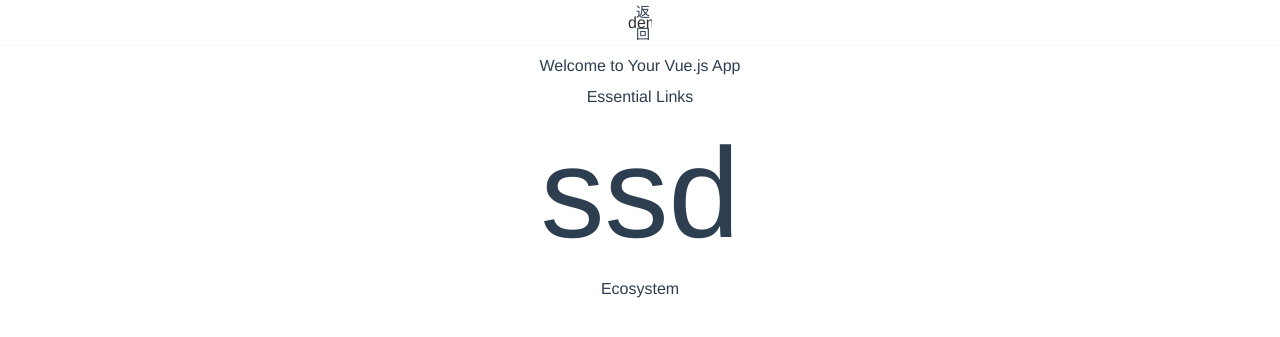
Repository: rechard-work/h5-app-communication
Page: /
These files come from the project's save history. The page is drawn as it stood at one moment and after the next save; the edit follows.
The browser window is 1280 px wide. The pictures show the whole page.
The project was rebuilt for these pictures with package versions that can differ from the ones it lists, and the page was loaded fresh each time.

Above is the page before, as saved 2020-07-13 14:28:19.

### src/main.js
// The Vue build version to load with the `import` command
// (runtime-only or standalone) has been set in webpack.base.conf with an alias.
import './common/js/rem'

import Vue from 'vue'
import App from './App'
import router from './router'
import { hideNavBar } from './common/js/callOrigin.js'
import './common/js/httpBridge.js'
import './common/js/jsBridge.js'

import Vant from 'vant'
import 'vant/lib/index.css'

Vue.use(Vant)
Vue.prototype.$bridge = window.hxWebBridge

hideNavBar()

Vue.config.productionTip = false
/* eslint-disable no-new */
new Vue({
  el: '#app',
  router,
  components: { App },
  template: '<App/>'
})

### src/common/js/rem.js
/* eslint-disable */
(function(doc, win) {
  var docEl = doc.documentElement,
    resizeEvt = 'orientationchange' in window ? 'orientationchange' : 'resize',
    recalc = function() {
      //var clientWidth = docEl.clientWidth;
      var rem = docEl.clientWidth / 10;
      if (!rem) return;
      //docEl.style.fontSize = 20 * (clientWidth / 320) + 'px';
      docEl.style.fontSize = rem + 'px';
    };
    recalc();
  if (!doc.addEventListener) return;
  win.addEventListener(resizeEvt, recalc, false);
  doc.addEventListener('DOMContentLoaded', recalc, false);
})(document, window);

### src/App.vue
<template>
  <div id="app">
    <!-- <img src="./assets/logo.png"> -->
    <router-view/>
  </div>
</template>

<script>
export default {
  name: 'App'
}
</script>

<style>
#app {
  font-family: 'Avenir', Helvetica, Arial, sans-serif;
  -webkit-font-smoothing: antialiased;
  -moz-osx-font-smoothing: grayscale;
  text-align: center;
  color: #2c3e50;
}
</style>

### src/common/js/callOrigin.js
import './jsBridge'
let hxWebBridge = window.hxWebBridge
/**
 * 退出应用
 */
export function exitWebView (result = '') {
  console.log(result)
  hxWebBridge.postNotification(
    'HXHeaderClose',
    {
      __pageid: window.hxPageID,
      result: result
    },
    function (errNo, errMsg, res) {
      if (errMsg !== null && errMsg !== 'undefined' && errMsg !== 'null') {
        console.log('HXHeaderClose-failure', errNo, errMsg, res)
      } else {
        console.log('HXHeaderClose-success', errNo, errMsg, res)
      }
    }
  )
}
// 隐藏原生导航栏
export function hideNavBar (params, callback) {
  hxWebBridge.postNotification(
    'HXHeaderConfig',
    {
      hidden: 1,
      __pageid: window.hxPageID,
      bounces: 2
    },
    function (errNo, errMsg, res) {
      if (errMsg !== null && errMsg !== 'undefined' && errMsg !== 'null') {
        console.log('HXHeaderConfig-failure', errNo, errMsg, res)
      } else {
        console.log('HXHeaderConfig-success', errNo, errMsg, res)
      }
    }
  )
}

### src/common/js/httpBridge.js
/* eslint-disable */
import device from './device'
;(function(win) {
  if(win.hxHTTPBridge){
    win.hxHTTPBridge !== undefined
  }
  var httpBridge = {
    handleNotification: async function(name, params, callback) {
      switch (name) {
        // 服务类请求
        case 'MSServiceNetworkRequest':
          this.gateRequest(params, callback)
          break
        // 服务类请求
        case 'MSTradeNetworkRequest':
          break
        // 行情类请求
        case 'MSQuoteNetworkRequest':
          break
        // 获取用户信息
        case 'MSGetNativeInfo':
          break
        // 获取用户信息
        case 'MSJumpToNative':
          this.handleJumpToNative(params, callback)
          break
        // 华彩原生loading
        case 'HXBodyHideLoading':
          return Promise.resolve()
        // 退出webview
        case 'HXHeaderClose':
          this.HXHeaderClose()
          return Promise.resolve()
        case 'MSReportUserAction':
          this.MSReportUserAction(params, callback)
        default:
          break
      }
    },
    HXHeaderClose() {
      if (device.isWeChatMini()) {
        wx.miniProgram.navigateBack()
      } else if (device.isWeChat()) {
        // 微信公众号页面
        history.go(-1)
      } else if (device.isBrower()) {
        history.go(-1)
      }
    },
    // 服务类请求
    async gateRequest(params, callback) {

    }
  }
  win.hxHTTPBridge = httpBridge
})(window)

### src/common/js/jsBridge.js
/* eslint-disable */
;(function(win) {
  var ua = navigator.userAgent

  function getQueryString(name) {
    var reg = new RegExp('(^|&)' + name + '=([^&]*)(&|$)', 'i')
    var r = window.location.search.substr(1).match(reg)
    if (r !== null) return unescape(r[2])
    return null
  }

  function isAndroid() {
    return win.hxAndroidBridge !== undefined
  }

  function isIOS() {
    return win.hxiOSBridge !== undefined
  }

  var messageHandlers = {}

  var mobile = {
    /**
     *通过bridge调用app端的方法(异步)
     * @param method
     * @param params
     * @param callback function(errno, errmsg, result)函数
     */
    postNotification: function(name, params, callback) {
      if (isIOS()) {
        win.hxiOSBridge.handleNotification(
          name,
          JSON.stringify(params),
          callback
        )
      } else if (isAndroid()) {
        // 生成回调函数方法名称
        var cbName = 'CB_' + Date.now() + '_' + Math.ceil(Math.random() * 10)
        // 挂载一个临时函数到window变量上，方便app回调
        win[cbName] = function(errno, errmsg, result) {
          callback(errno, errmsg, result)
          // 回调成功之后删除挂载到window上的临时函数
          delete win[cbName]
        }
        win.hxAndroidBridge.handleNotification(
          name,
          JSON.stringify(params),
          cbName
        )
      } else {
        if(win.hxHTTPBridge){
          win.hxHTTPBridge.handleNotification(
            name,
            JSON.stringify(params),
            callback
          )
        }
      }
    },
    /**
     *通过bridge来handler app端调用的方法
     * @param name
     * @param handler function(name, params)函数
     */
    registerHandler: function(name, handler) {
      if (!messageHandlers[name]) {
        messageHandlers[name] = []
      }
      messageHandlers[name].push(handler)
      // console.info(messageHandlers, 'messageHandlers')
    },
    /**
     *私有方法，只会在native端调用
     */
    handleNotification: function(name, params) {
      var handler = messageHandlers[name]
      if (handler != null) {
        for (var i = 0; i < handler.length; i++) {
          handler[i](name, params)
        }
      } else {
        // alert("no handler!");
      }
    }
  }

  mobile.postNotification('initPage', {}, pageId => (global.pageId = pageId))

  // 将mobile对象挂载到window全局
  win.hxWebBridge = mobile
})(window)

### src/components/HelloWorld.vue
<template>
  <div class='hello'>
    <van-nav-bar class='nav-bar' @click-left="onClickLeft" v-if="device">
      <div class='left-item' slot='left'>
        <i class='icon-back' />
        <span>返回</span>
      </div>
      <div name='title' class='title' slot='title' @click='titleClick'>
        <span>{{ title }}</span>
      </div>
    </van-nav-bar>
    <h1>{{ msg }}</h1>
    <h2>Essential Links</h2>
    <ul>
      <li>ssd</li>
    </ul>
    <h2>Ecosystem</h2>
  </div>
</template>

<script>
import { exitWebView } from './../common/js/callOrigin.js'
import device from './../common/js/device'
export default {
  name: 'HelloWorld',
  data () {
    return {
      title: 'demo',
      msg: 'Welcome to Your Vue.js App',
      device: device.isWeChat
    }
  },
  mounted () {
    this.appCall()
    this.callAPP()
  },
  methods: {
    onClickLeft () {
      exitWebView()
    },
    titleClick () {
      this.callAPP()
    },
    // js调用app ==================================
    callAPP () {
      // let param = { jumpinfo: '', onlyHCWebview: true } // JS给APP传得参数
      this.$bridge.postNotification('MSGetNativeInfo', {}, function (
        errNo,
        errMsg,
        res
      ) {
        alert(res)
      })
    },
    // app调js =====================================
    // app调用js的方法 appCallJS, 需要注册
    appCall () {
      this.$bridge.registerHandler('appCallJS', (datas, responseCallback) => {
        alert('showStationList' + datas)
      })
    }
  }
}
</script>

<!-- Add 'scoped' attribute to limit CSS to this component only -->
<style scoped>
.nav-bar {
  display: flex;
  justify-content:center;
  align-items: center;
}
h1,
h2 {
  font-weight: normal;
  font-size: 16px;
}
ul {
  list-style-type: none;
  padding: 0;
}
li {
  display: inline-block;
  margin: 0 30px;
}
a {
  color: #42b983;
}
</style>

### src/common/js/device.js
/* eslint-disable */
/**
 * 获取设备类型 封装device
 */

let device = {
    userAgent: window.navigator.userAgent.toLowerCase()
  }

  const api = {
    ios() {
      return this.iphone() || this.ipod() || this.ipad()
    },
    iphone() {
      return !this.windows() && find('iphone')
    },
    ipod() {
      return find('ipod')
    },
    ipad() {
      return find('ipad')
    },
    android() {
      return !this.windows() && find('android') && find('mobile')
    },
    isAndroid() {
      // 华彩Android
      return (
        window.hxAndroidBridge !== undefined ||
        (this.isFcMini() && this.android())
      )
    },
    isIOS() {
      // 华彩IOS
      return (
        (window.webkit &&
          window.webkit.messageHandlers.hxiOSBridge !== undefined) ||
        window.hxiOSBridge !== undefined ||
        (this.isFcMini() && this.ios())
      )
    },
    isWeChat() {
      // 微信内置浏览器
      return find('micromessenger') && !this.isWeChatMini()
    },
    isWeChatMini() {
      // 微信小程序WebView
      return (
        window.__wxjs_environment === 'miniprogram' ||
        /miniProgram/i.test(navigator.userAgent.toLowerCase())
      )
    },
    isWeChatMiniAsync() {
      return this.__getMiniEnv('wx')
    },
    windows() {
      return find('windows')
    },
    mobileApp() {
      return (
        !this.isWeChat() &&
        !this.isMini() &&
        (this.iphone() || this.android() || this.ipod())
      )
    },
    tablet() {
      return this.ipad() || this.isWeChat()
    },
    isYCF() {
      // 赢财富webview下的ua
      return find('thinkive')
    },
    isBrower() {
      // 非赢财富, 非华彩app, 非微信, 非QQ
      return (
        !this.isYCF() &&
        !this.ishcApp() &&
        !this.isWeChat() &&
        !this.isWeChatMini() &&
        !this.isQQ()
      )
    },
    ishcApp(USE_AXIOS_REQUEST) {
      //  判断是否华彩人生APP环境
      return this.isAndroid() || this.isIOS() || this.isFcMini()
    },
    ishcAppOri() {
      //  华彩app挂载webview下的判断是否Android(IOS)
      return (this.isAndroid() || this.isIOS()) && !this.isFcMini()
    },
    isFcMini() {
      return (
        window.__fcjs_environment &&
        window.__fcjs_environment.toLocaleLowerCase() === 'miniprogram'
      )
    },
    isFcMiniAsync() {
      return this.__getMiniEnv('fc')
    },
    // 异步获取小程序环境变量, 尽量仅在入口文件处调用
    __getMiniEnv(type = 'wx') {
      return new Promise(resolve => {
        let isMiniProgram = type === 'wx' ? this.isWeChatMini() : this.isFcMini()
        // 已成功判断是小程序页面, 不做小程序API调用
        if (isMiniProgram) {
          return resolve(true)
        }
        window[type] && window[type].miniProgram.getEnv(function(res) {
          // 是小程序页面, 强行赋值__fcjs_environment以便未及时同步
          if (res.miniprogram) {
            window[`__${type}js_environment`] = 'miniprogram'
          }
          resolve(res.miniprogram)
        })
        setTimeout(_ => {
          resolve(false)
        }, 500)
      })
    },
    isQQ() {
      return find('qq')
    },
    isMini() {
      // 小程序
      return this.isWeChatMini() || this.isFcmini()
    }
  }

  function find(needle) {
    return device.userAgent.indexOf(needle) !== -1
  }

  Object.assign(device, api)
  export default device

Loaded but not shown: index.html (common file); src/router/index.js (common file)

After the next save:
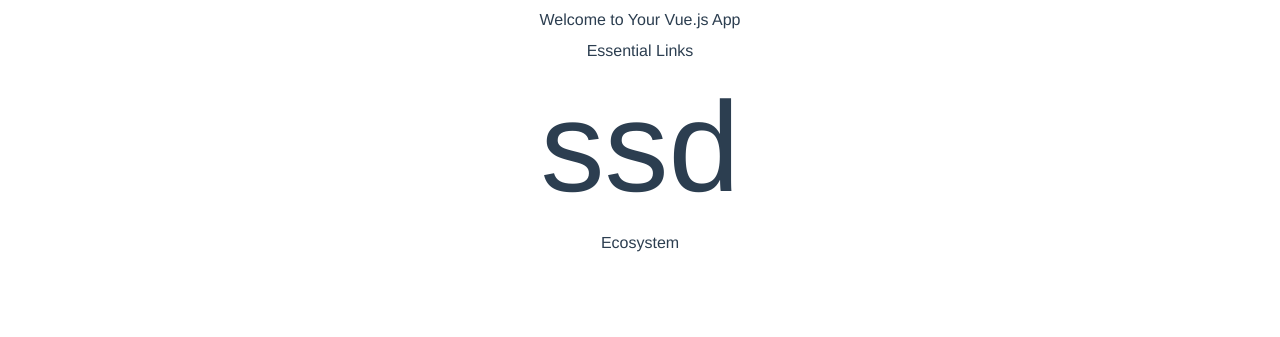
Saved 69 s later.
--- a/src/components/HelloWorld.vue
+++ b/src/components/HelloWorld.vue
@@ -27,7 +27,7 @@
     return {
       title: 'demo',
       msg: 'Welcome to Your Vue.js App',
-      device: device.isWeChat
+      device: device.isWeChat()
     }
   },
   mounted () {

After the 2 saves that followed:
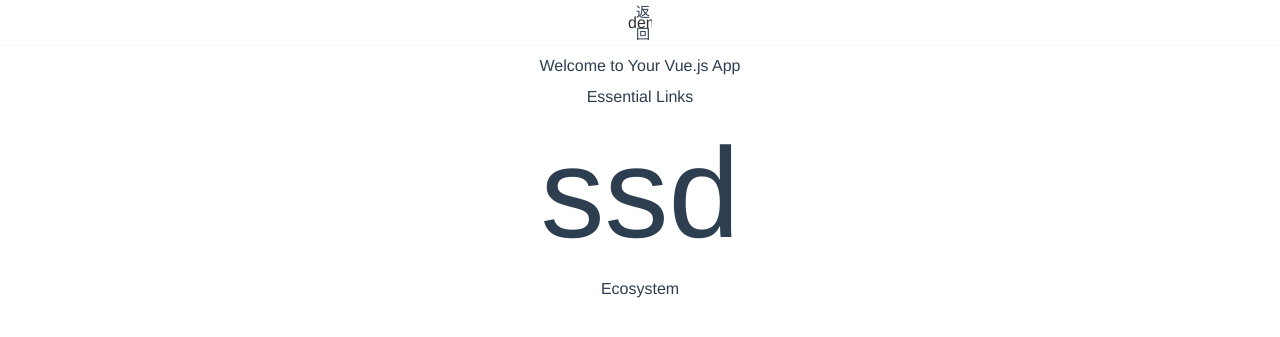
The 2 saves are shown as one change because 1 left the picture as it was.
The last was saved 36 s later.
--- a/src/components/HelloWorld.vue
+++ b/src/components/HelloWorld.vue
@@ -1,6 +1,6 @@
 <template>
   <div class='hello'>
-    <van-nav-bar class='nav-bar' @click-left="onClickLeft" v-if="device">
+    <van-nav-bar class='nav-bar' @click-left="onClickLeft" v-if="!device">
       <div class='left-item' slot='left'>
         <i class='icon-back' />
         <span>返回</span>
